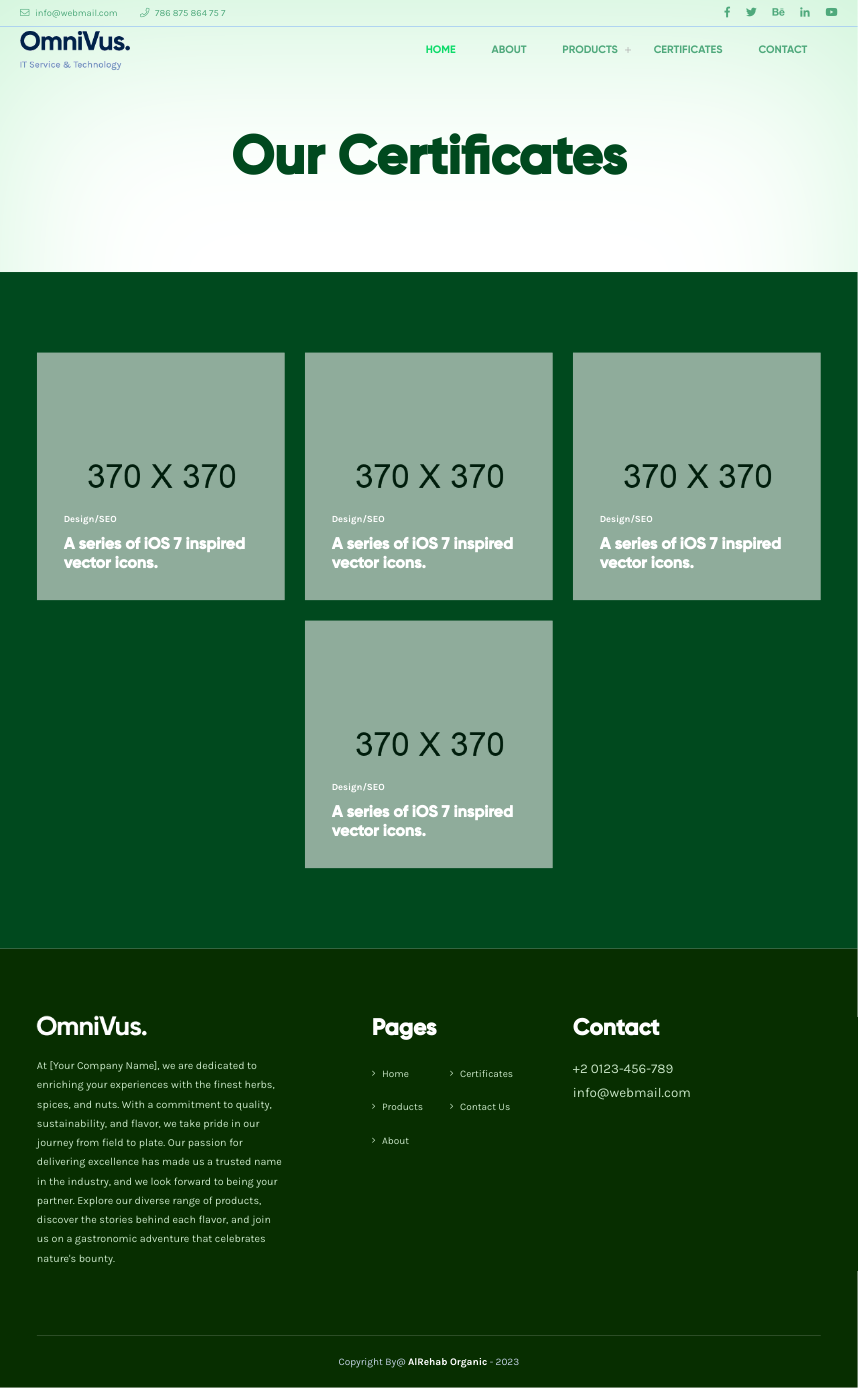
Repository: ziadmoh/alrehab-organic
Page: certificates.html
The author's editor kept a copy of each file at every save. The page is drawn from the files as they stood at one save, then again after the next save.
The browser window is 1280 px wide. The pictures show the whole page, at 67% of full size.
The style sheet was rebuilt from its Sass, Less or Tailwind sources for each picture, by a compiler version that may differ from the author's.

Above is the page before, as saved 2023-09-26 12:29:48.

After the next save:
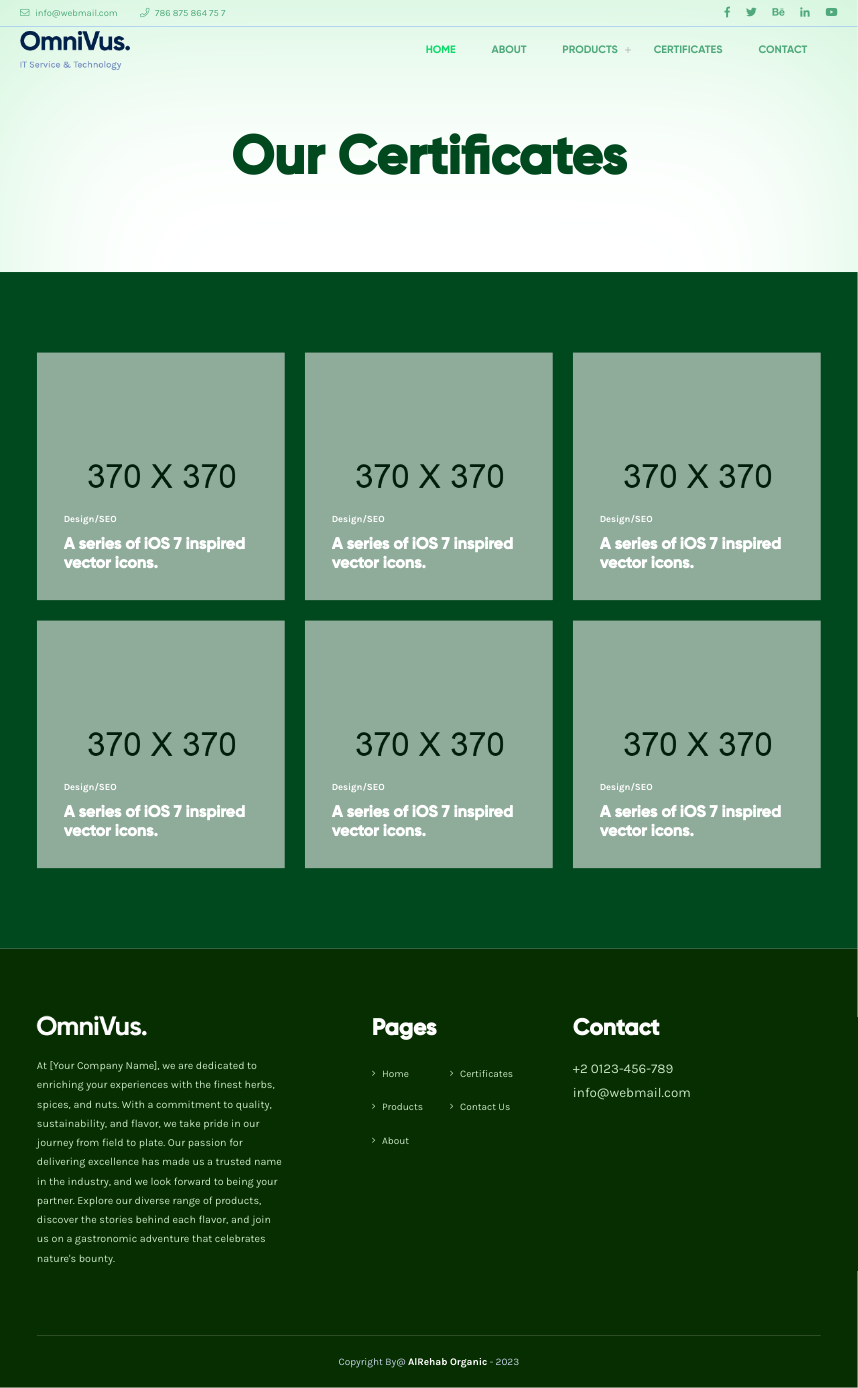
Saved 26 s later.
--- a/certificates.html
+++ b/certificates.html
@@ -151,6 +151,30 @@
                 <div class="col-lg-4 col-md-6 col-sm-8">
                     <div class="portfolio-item-three mt-30">
                         <img src="assets/img/portfolio/case-03.jpg" alt="Image">
+                        <div class="post-content">
+                            <span class="cat">Design/SEO</span>
+                            <h5 class="title">
+                                <a href="case-details.html">A series of iOS 7 inspired vector icons.</a>
+                            </h5>
+                        </div>
+                        <a href="case-details.html" class="portfolio-link"><i class="fal fa-long-arrow-right"></i></a>
+                    </div>
+                </div>
+                <div class="col-lg-4 col-md-6 col-sm-8">
+                    <div class="portfolio-item-three mt-30">
+                        <img src="assets/img/portfolio/case-04.jpg" alt="Image">
+                        <div class="post-content">
+                            <span class="cat">Design/SEO</span>
+                            <h5 class="title">
+                                <a href="case-details.html">A series of iOS 7 inspired vector icons.</a>
+                            </h5>
+                        </div>
+                        <a href="case-details.html" class="portfolio-link"><i class="fal fa-long-arrow-right"></i></a>
+                    </div>
+                </div>
+                <div class="col-lg-4 col-md-6 col-sm-8">
+                    <div class="portfolio-item-three mt-30">
+                        <img src="assets/img/portfolio/case-04.jpg" alt="Image">
                         <div class="post-content">
                             <span class="cat">Design/SEO</span>
                             <h5 class="title">
